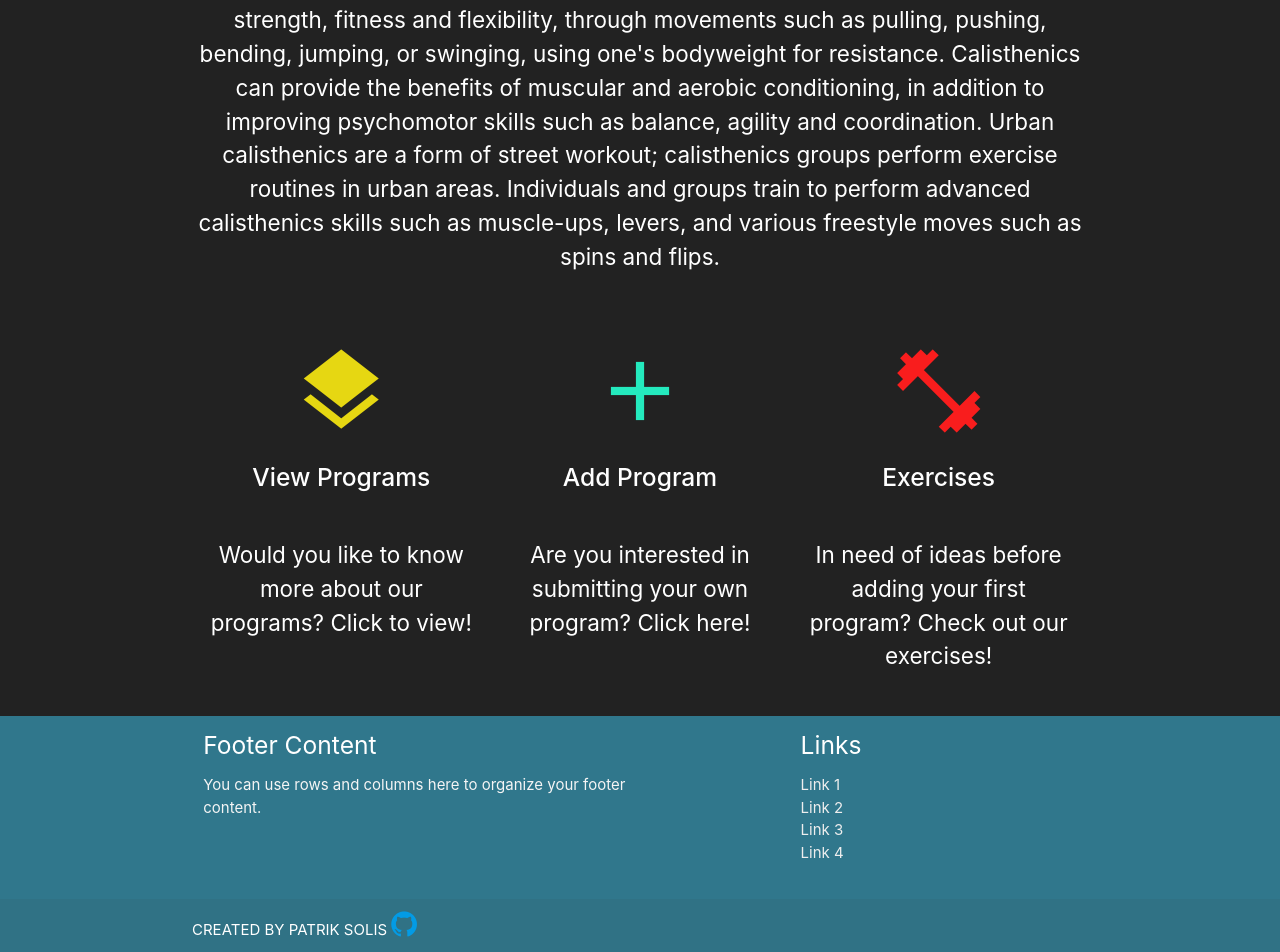
Repository: Ario124/calisthenics-project
Page: http://localhost/
The author's editor kept a record of every edit. The page is drawn from the files as they stood at one moment, then again after the next edit.
The browser window is 1280 px wide. The pictures show the part of the page from y = 1045 to 1997 px (the page is 1997 px tall before and 1952 px after).
The page is served by the project's application, run on Flask 3 (app.py).

Above is the page before.

### templates/index.html
{% extends 'base.html' %} {% block content %}

<div class="video-container">
    <iframe src="///www.youtube.com/embed/FHBtLAvNGo4?start=14&end=103&controls=0&showinfo=0&rel=0&autoplay=1&loop=1&playlist=FHBtLAvNGo4&mute=1" frameborder="0" allowfullscreen></iframe>
</div>


<div class="container">
    <div class="col s12 center">
        <h2 class="center expert_title">What is Calisthenics?</h2>

        <p class="flow-text">
            Calisthenics is a form of exercise consisting of a variety of movements which exercise large muscle groups (gross motor movements), such as running, standing, grasping, pushing, etc. These exercises are often performed rhythmically and with minimal equipment,
            as bodyweight exercises.<span class="hide-on-med-and-down"> They are intended to increase strength, fitness and flexibility, through
                                    movements such as pulling, pushing, bending, jumping, or swinging, using one's bodyweight for resistance. Calisthenics can provide
                                    the benefits of muscular and aerobic conditioning, in addition to improving psychomotor skills such as balance, agility and coordination.

                                    Urban calisthenics are a form of street workout; calisthenics groups perform exercise routines in urban areas.
                                    Individuals and groups train to perform advanced calisthenics skills such as muscle-ups, levers, and various freestyle moves such as spins and flips.</span>

        </p>

        <ul class="hide-on-large-only collapsible">
            <li>
                <div class="collapsible-header"><i class="material-icons center-icon-read-more">info_outline</i>Read More</div>
                <div class="collapsible-body flow-text"><span>They are intended to increase strength, fitness and flexibility, through
                                    movements such as pulling, pushing, bending, jumping, or swinging, using one's bodyweight for resistance. Calisthenics can provide
                                    the benefits of muscular and aerobic conditioning, in addition to improving psychomotor skills such as balance, agility and coordination.

                                    Urban calisthenics are a form of street workout; calisthenics groups perform exercise routines in urban areas.
                                    Individuals and groups train to perform advanced calisthenics skills such as muscle-ups, levers, and various freestyle moves such as spins and flips.</span></div>
            </li>
        </ul>
    </div>
    <div class="center-align row">

        <div class="col s4">
            <div class="section">
            <a href="{{url_for('get_programs')}}"><i class="material-icons icon-size icon-color">layers</i></a>
            <h5><strong>View Programs</strong></h5></div>
            <p class="flow-text">Would you like to know more about our programs? Click to view!</p>
        </div>
        <div class="col s4">
            <div class="section">
            <a href="{{url_for('add_program')}}"> <i class="material-icons icon-size icon-color2">add</i></a>
            <h5><strong>Add Program</strong></h5></div>
            <p class="flow-text">Are you interested in submitting your own program? Click here!</p>
        </div>
        <div class="col s4">
            <div class="section">
            <a href="{{url_for('exercises')}}"> <i class="material-icons icon-size icon-exercises">fitness_center</i></a>
            <h5><strong>Exercises</strong></h5>
            </div>
            <p class="flow-text pad-this">In need of ideas before adding your first program? Check out our exercises!</p>
        </div>

    </div>
</div>

{% endblock %}

### templates/base.html
<!DOCTYPE html>
<html lang="en">
<head>
    <meta charset="UTF-8">
    <meta name="viewport" content="width=device-width, initial-scale=1">
    <link href="https://fonts.googleapis.com/icon?family=Material+Icons" rel="stylesheet">
    <link rel="stylesheet" href="https://cdnjs.cloudflare.com/ajax/libs/materialize/1.0.0/css/materialize.min.css">
    <link rel="stylesheet" href="{{url_for('static', filename="css/main.css")}}" type="text/css" />
    <link rel="stylesheet" href="https://maxcdn.bootstrapcdn.com/font-awesome/4.7.0/css/font-awesome.min.css" type="text/css" />

    <title>Calisthenics Project</title>
    <link rel="icon" href="https://d1ujqdpfgkvqfi.cloudfront.net/favicon-generator/htdocs/favicons/2019-09-19/50f3ab5b7a10e0ae0911c83435938cd6.ico.png">

</head>
<body>
    <header>

        <div id="navbar-test" class="navbar-fixed">
            <nav>
                <div class="nav-wrapper">
                    <a href="{{url_for('home')}}" class="brand-logo"><i class="material-icons nav-icon-pad">home</i></a>
                    <a href="{{url_for('home')}}" class="brand-logo center-align">Calisthenics</a>
                    <a href="#" data-target="mobile-demo" class="sidenav-trigger"><i class="material-icons">menu</i></a>
                    <ul class="right hide-on-med-and-down">
                        <li><a href="{{url_for('get_programs')}}">View Programs</a></li>
                        <li><a href="{{url_for('add_program')}}">Add Program</a></li>
                        <li><a href="{{url_for('exercises')}}">Exercises</a></li>
                        <li><a href="{{url_for('contact')}}">Contact Us</a></li>
                    </ul>
                </div>
            </nav>

            <ul class="sidenav" id="mobile-demo">
                <li><a class="sidenav-close" href="#!"><i class="material-icons">menu</i>Close</a></li>
                <li><a href="{{url_for('get_programs')}}">View Programs</a></li>
                <li><a href="{{url_for('add_program')}}">Add Program</a></li>
                <li><a href="{{url_for('exercises')}}">Exercises</a></li>
                <li><a href="{{url_for('contact')}}">Contact Us</a></li>
            </ul>
        </div>

    </header>



    {% block content %} {% endblock %}

    <script src="https://cdnjs.cloudflare.com/ajax/libs/jquery/3.4.1/jquery.min.js"></script>
    <script src="https://cdnjs.cloudflare.com/ajax/libs/materialize/1.0.0/js/materialize.min.js"></script>
    <script type="text/javascript">
        M.AutoInit()
    </script>
    <script>
        var prevScrollpos = window.pageYOffset;
window.onscroll = function() {
  var currentScrollPos = window.pageYOffset;
  if (prevScrollpos > currentScrollPos) {
    document.getElementById("navbar-test").style.top = "0";
  } else {
    document.getElementById("navbar-test").style.top = "-70px";
  }
  prevScrollpos = currentScrollPos;
}
    </script>

</body>
        <footer class="page-footer">
          <div class="container">
            <div class="row">
              <div class="col l6 s12">
                <h5 class="white-text">Footer Content</h5>
                <p class="grey-text text-lighten-4">You can use rows and columns here to organize your footer content.</p>
              </div>
              <div class="col l4 offset-l2 s12">
                <h5 class="white-text">Links</h5>
                <ul>
                  <li><a class="grey-text text-lighten-3" href="#!">Link 1</a></li>
                  <li><a class="grey-text text-lighten-3" href="#!">Link 2</a></li>
                  <li><a class="grey-text text-lighten-3" href="#!">Link 3</a></li>
                  <li><a class="grey-text text-lighten-3" href="#!">Link 4</a></li>
                </ul>
              </div>
            </div>
          </div>
          <div class="footer-copyright">
            <div class="container">
            CREATED BY PATRIK SOLIS
            <a target="_blank" href="https://github.com/Ario124"><i class="fa fa-github fa-2x"></i></a>
            </div>
          </div>
        </footer>

</html>

### app.py
import os
from flask import Flask, render_template, redirect, request, url_for
from flask_pymongo import PyMongo
from bson.objectid import ObjectId

app = Flask(__name__)


app.config["MONGO_DBNAME"] = 'calisthenics-project'
app.config["MONGO_URI"] = 'mongodb+srv://root:pasol005@myfirstcluster-qno2b.mongodb.net/calisthenics?retryWrites=true&w=majority'


mongo = PyMongo(app)

@app.route('/')
@app.route('/home')
def home():
    return render_template('index.html')

@app.route('/add_program')
def add_program():
    return render_template('add_program.html', categories =mongo.db.categories.find(), difficulty =mongo.db.difficulty.find())


@app.route('/categories')
def categories():
    return render_template('categories.html')

@app.route('/contact')
def contact():
    return render_template('contact.html')

@app.route('/get_programs')
def get_programs():
    return render_template('programs.html',
        training_programs=mongo.db.training_programs.find(), description =mongo.db.description.find())


@app.route('/insert_program', methods=['POST'])
def insert_program():
    training_programs = mongo.db.training_programs
    training_programs.insert_one(request.form.to_dict())
    return redirect(url_for('get_programs'))

@app.route('/edit_program/<program_id>')
def edit_program(program_id):
    _program = mongo.db.training_programs.find_one({"_id": ObjectId(program_id)})
    _categories = mongo.db.categories.find()
    _difficulty = mongo.db.difficulty.find()
    category_list = [category for category in _categories]
    difficulty_list = [difficult for difficult in _difficulty]
    return render_template('edit_program.html', program = _program, categories = category_list, difficulties = difficulty_list)


@app.route('/update_program/<program_id>', methods=['POST'])
def update_program(program_id):
    training_programs = mongo.db.training_programs
    training_programs.update({'_id': ObjectId(program_id)},
    {
        'category_name':request.form.get('category_name'),
        'difficulty_level':request.form.get('difficulty_level'),
        'program_name':request.form.get('program_name'),
        'exercise':request.form.get('exercise'),
        'exercise2':request.form.get('exercise2'),
        'exercise3':request.form.get('exercise3'),
        'sets_amount':request.form.get('sets_amount'),
        'sets_amount2':request.form.get('sets_amount2'),
        'sets_amount3':request.form.get('sets_amount3'),
        'reps_amount':request.form.get('reps_amount'),
        'reps_amount2':request.form.get('reps_amount2'),
         'reps_amount3':request.form.get('reps_amount3'),
        'equipment_required':request.form.get('equipment_required'),
        'description':request.form.get('description')
    })
    return redirect(url_for('get_programs'))

@app.route('/add_exercise')
def add_exercise():
    return render_template('add_exercise.html')


@app.route('/delete_program/<program_id>')
def delete_program(program_id):
    mongo.db.training_programs.remove({'_id': ObjectId(program_id)})
    return redirect(url_for('get_programs'))


@app.route('/exercises')
def exercises():
    return render_template('exercises.html')

if __name__ == '__main__':
    app.run(host=os.environ.get('IP'),
            port=int(os.environ.get('PORT')),
            debug=True)

### static/css/main.css
nav {
    background-color: #1d1717f7;

}

.brand-logo {
    font-size: 40px;
}

.video-container iframe, .video-container object, .video-container embed {
    position: absolute;
    top: 0;
    left: 0;
    width: 100%;
    height: 100%;

}


.circle {
    width: 36%;
}

.video-container {
    bottom: 0px;
    z-index: -4;
}

.collapsible-header {
background-color: transparent;
}

.icon-size {
    font-size: 80px;
    margin-top:15px;
}

.contoo {
    background-color: #212525e8;
    color: orange;
}

.program-header {
    margin-top: 5px;
}

.colored-title {
    color: #e85a13;
}

.icon-color {
    color: #e6d712;
}

.icon-color2 {
    color: #24eabe;
}

.btn-colored {
    background-color: #71c4d8e0;
}

.btn-colored:hover {
    background-color: #3196af;
}

.img-test {
    background-image: url("/static/images/Pushups.jpg");
}

.icon-exercises {
    font-size: 80px;
    margin-top:15px;
    color: #f91d1d;
}

.expert_title {
    font-size: 40px;
    margin-bottom: 30px;
    margin-top: 30px;
}
body {
    background-color: #222;
    color: white;
}

nav .brand-logo i, .hoomee {
    font-size: 40px;
}

.select-dropdown {
    color: white;
}

.select-dropdown li.disabled>span {
    color: white;
}

.select-dropdown:focus {
    color:white;
}

input {
    color:white;


}

.container {
    color:white;
}

textarea.materialize-textarea {
    color:white;
}

.dropdown-content {
    background-color: #313131;
}

.dropdown-content li>span {
    color:white;
}

.select-wrapper .caret {
    fill:white
}

.sidenav-overlay {
    opacity: 0 !important;
    position: relative;
}

        .nav-icon-pad {
 padding-left:220px;

}


            .flow-text {
        font-size: 1rem;
    }

.pad-this {
    padding-top: 24px;
}

.page-footer {
    background-color: #1d1717f7;
    padding-top: 0px;
}


.center-icon-read-more {
    margin-left:29%;
}









/* MEDIA QUERIES */



@media all and (min-width: 480px) and (max-width: 767px) {
    nav {
        background-color: #d0501ef7;
    }
            .flow-text {
        font-size: 2.1rem;
    }
}

@media all and (min-width: 768px) and (max-width: 1024px) {

    nav {
        background-color: #d01e1ef7;
    }

        .flow-text {
        font-size: 2.1rem;
    }

    .page-footer {
    background-color: #d01e1ef7;
    padding-top: 0px;
}

}


@media all and (min-width: 1024px) {

        nav .brand-logo {
            left: 43%;
        }

        nav {
            background-color: #317a90f7;
        }

            .page-footer {
    background-color: #317a90f7;
    padding-top: 0px;
}

        .nav-icon-pad {
 padding-left:190px;
}

            .flow-text {
        font-size: 1.5rem;
    }


.pad-this {
    padding-top: 0;
}

.video-container {
    bottom: 65px;
    z-index: -4;
}

.icon-size {
    font-size: 100px;
    margin-top:30px;
}
.icon-exercises {
    font-size: 100px;
    margin-top:30px;
}

.expert_title {
    font-size: 4.2rem;

}

}

After the next edit:
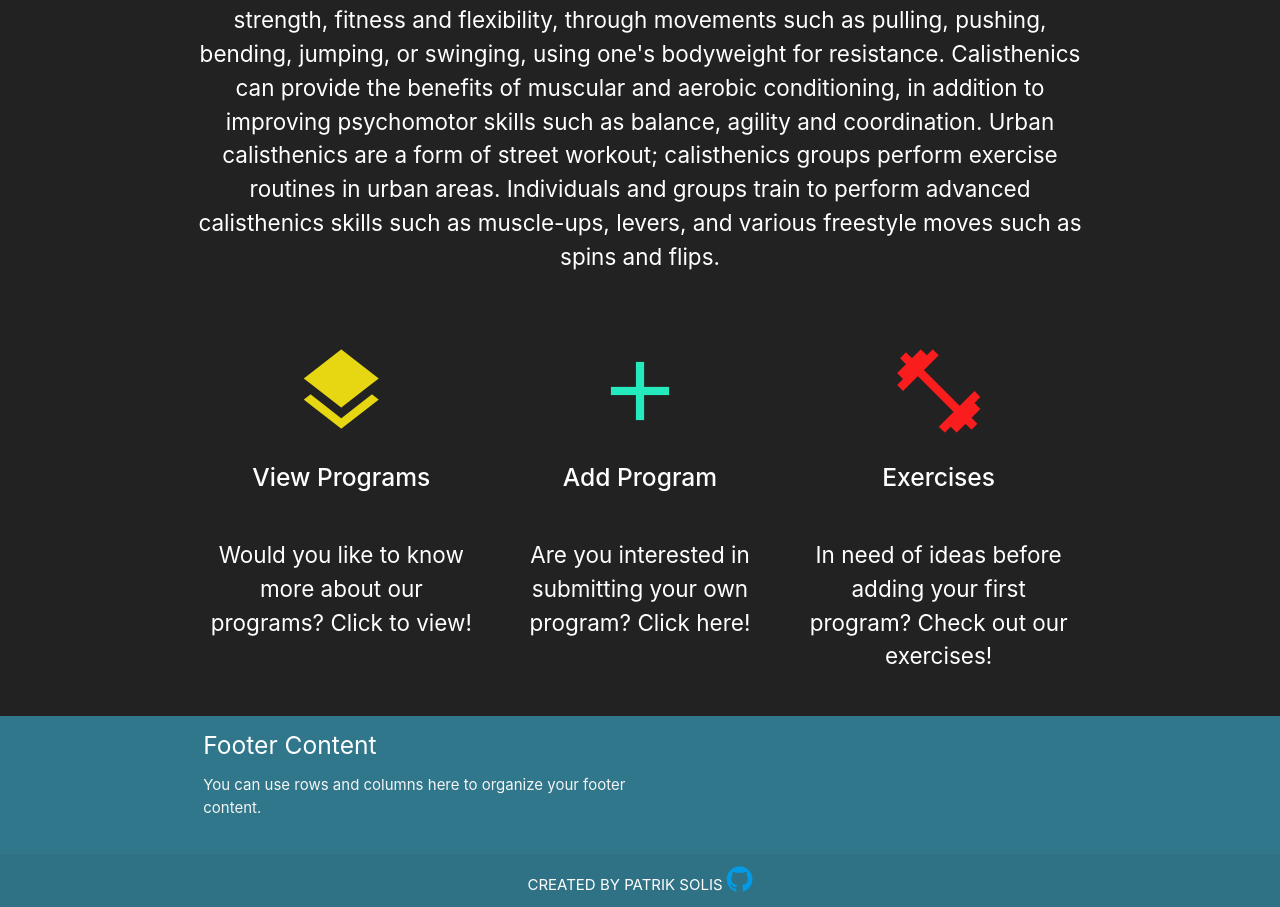
The edit:
--- a/templates/base.html
+++ b/templates/base.html
@@ -71,19 +71,10 @@
                 <h5 class="white-text">Footer Content</h5>
                 <p class="grey-text text-lighten-4">You can use rows and columns here to organize your footer content.</p>
               </div>
-              <div class="col l4 offset-l2 s12">
-                <h5 class="white-text">Links</h5>
-                <ul>
-                  <li><a class="grey-text text-lighten-3" href="#!">Link 1</a></li>
-                  <li><a class="grey-text text-lighten-3" href="#!">Link 2</a></li>
-                  <li><a class="grey-text text-lighten-3" href="#!">Link 3</a></li>
-                  <li><a class="grey-text text-lighten-3" href="#!">Link 4</a></li>
-                </ul>
-              </div>
             </div>
           </div>
           <div class="footer-copyright">
-            <div class="container">
+            <div class="container center-align">
             CREATED BY PATRIK SOLIS
             <a target="_blank" href="https://github.com/Ario124"><i class="fa fa-github fa-2x"></i></a>
             </div>
